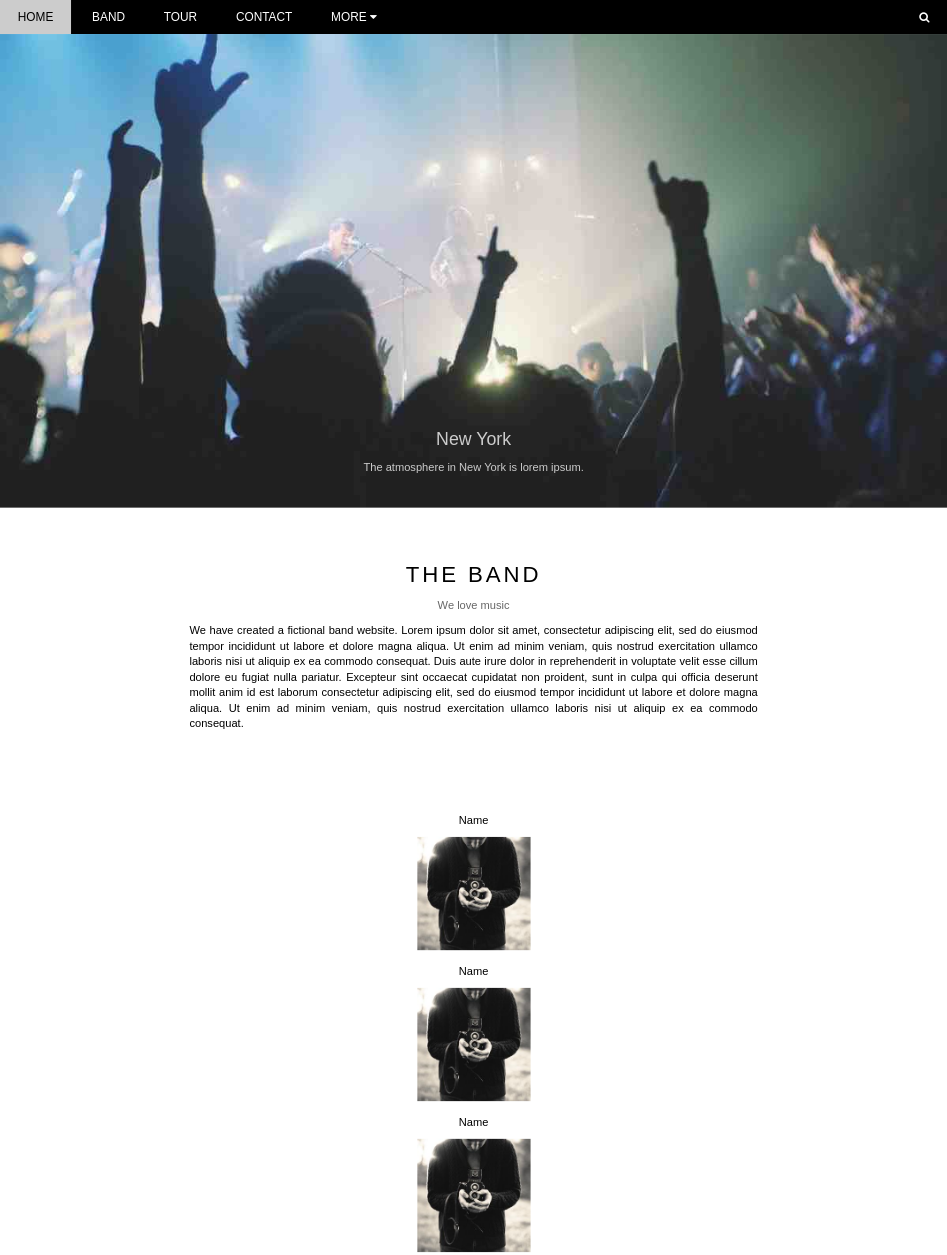
Repository: nguyenhoang2002062929/band
Page: index.html
An editor plug-in stored every save of this project. The page is shown before and after the next save, followed by the edit.
The browser window is 1280 px wide. The pictures show the whole page, at 74% of full size.

Above is the page before, as saved 2023-06-04 15:39:34.

After the next save:
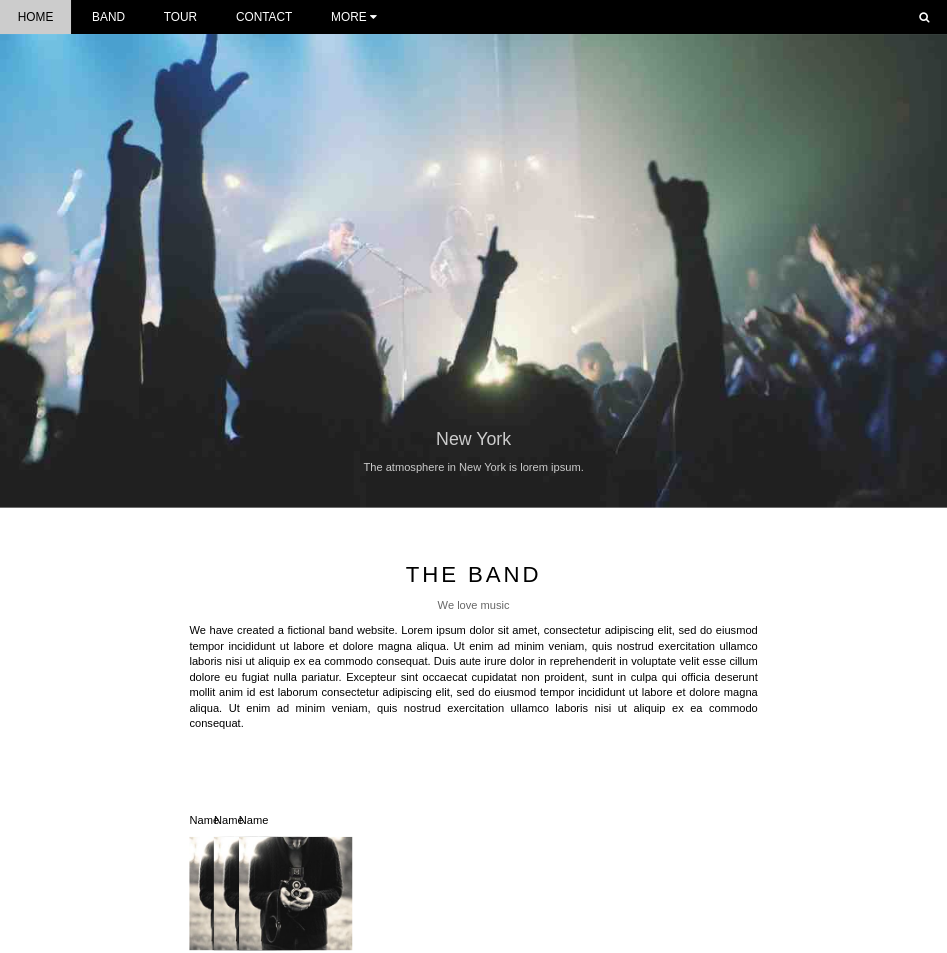
Saved 12 s later.
--- a/assets/css/style.css
+++ b/assets/css/style.css
@@ -138,5 +138,5 @@ cursor: pointer;
 }
 .content-member .member{
     float: left;
-    width: 100%;
+    width: 33.333px;
 }
